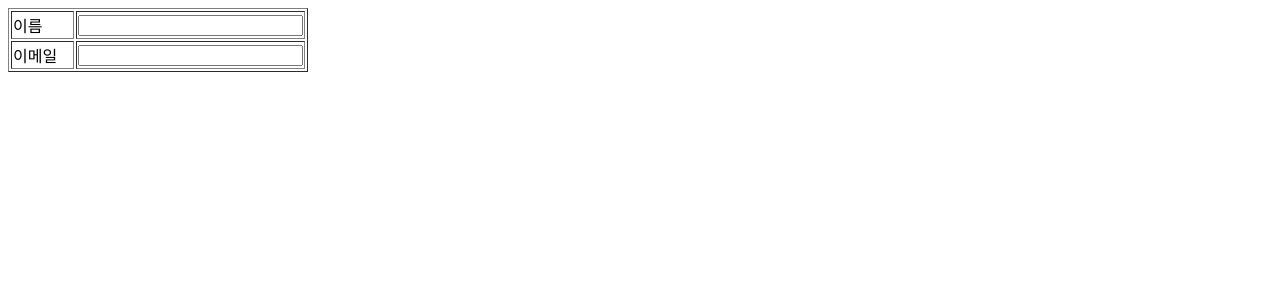
Repository: kr1124/jsp
Page: http://localhost/ServletProject/actiontag/register.jsp
The author's editor kept a copy of each file at every save. The page is drawn from the files as they stood at one save, then again after a run of saves.
The browser window is 1280 px wide. The pictures show the whole page.
The page is served by Tomcat 9.

Above is the page before, as saved 2024-12-05 03:03:55.

After the next 2 saves:
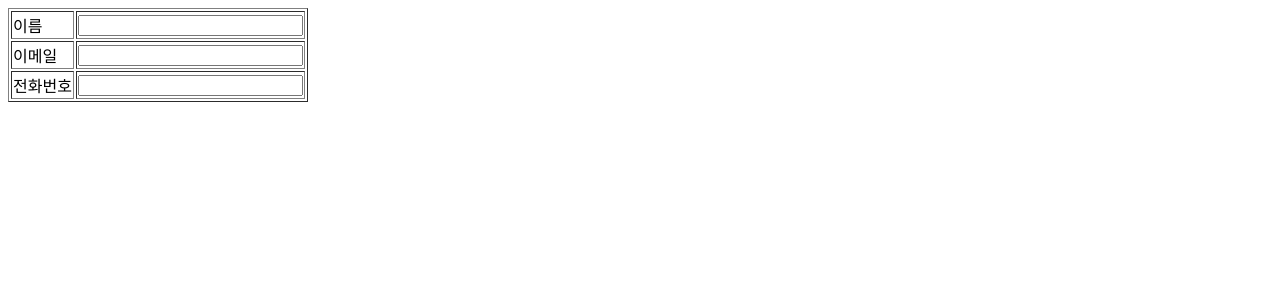
The 2 saves are shown as one change because they came seconds apart.
The last was saved 19 s later.
--- a/ServletProject/src/main/webapp/actiontag/register.jsp
+++ b/ServletProject/src/main/webapp/actiontag/register.jsp
@@ -18,6 +18,11 @@
 					<td width="100">이메일</td>
 					<td width="200"><input type="email" name="email" size="25"></td>
 				</tr>
+
+				<tr>
+					<td width="100">전화번호</td>
+					<td width="200"><input type="text" name="tel" size="25"></td>
+				</tr>
 			</table>
 		</form>
 	</body>
